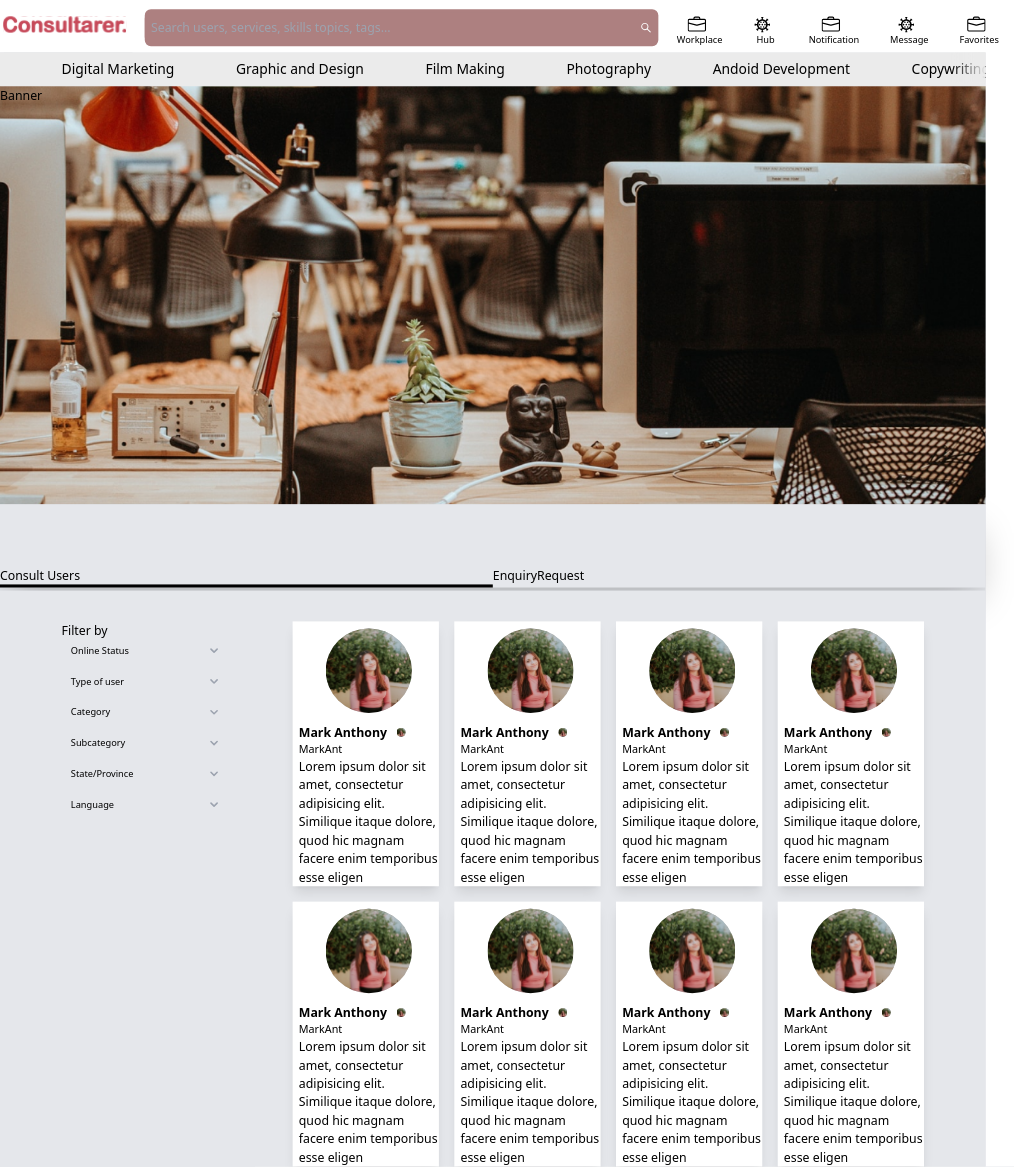
Repository: hisreal123/Consultarer
Page: /
These files come from the project's save history. The page is drawn as it stood at one moment and after a run of saves; the edit follows.
The browser window is 1280 px wide. The page is 1317 px wide, so the pictures cover 1317 px, including what lies to the right of the window. The pictures show the whole page, at 77% of full size.
The project was rebuilt for these pictures with package versions that can differ from the ones it lists, and the page was loaded fresh each time. The framework's server and built-in components were replaced by stand-ins that run in the browser. Also part of the build but not shown: next.config.js, webpack.config.js, components/Filter/Sortby.js.

Above is the page before, as saved 2022-04-26 00:25:56.

After the next 3 saves:
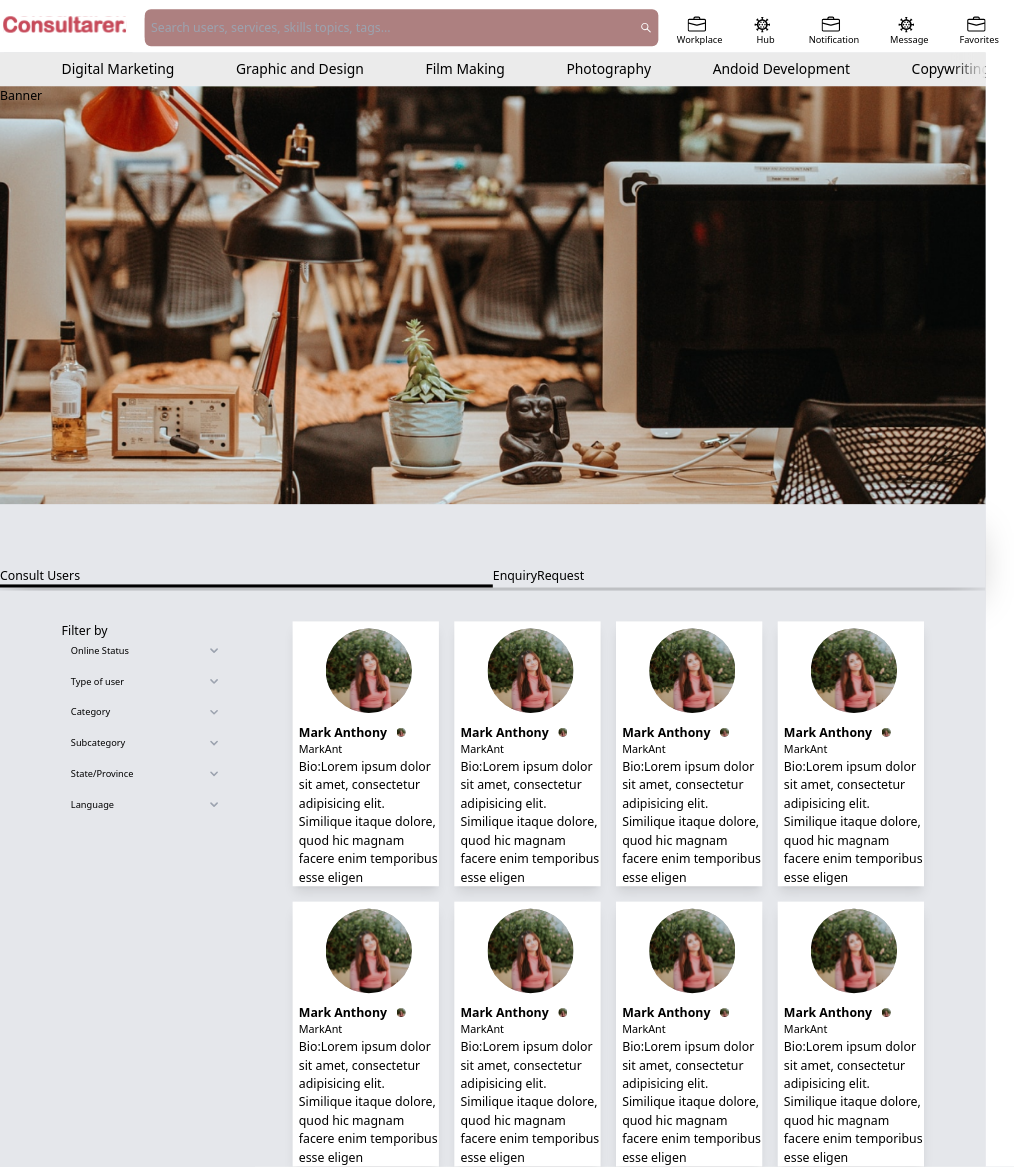
The 3 saves are shown as one change because they came seconds apart.
The last was saved 12 s later.
--- a/components/CardContent/UserCard.js
+++ b/components/CardContent/UserCard.js
@@ -136,7 +136,7 @@ export const UserCard = ({ userStyle }) => {
                 <h3 className=" font-medium text-sm"> {user.username} </h3>
 
                 <p>
-
+                  Bio:
                   <span>
                     Lorem ipsum dolor sit amet, consectetur adipisicing elit.
                     Similique itaque dolore, quod hic magnam facere enim
